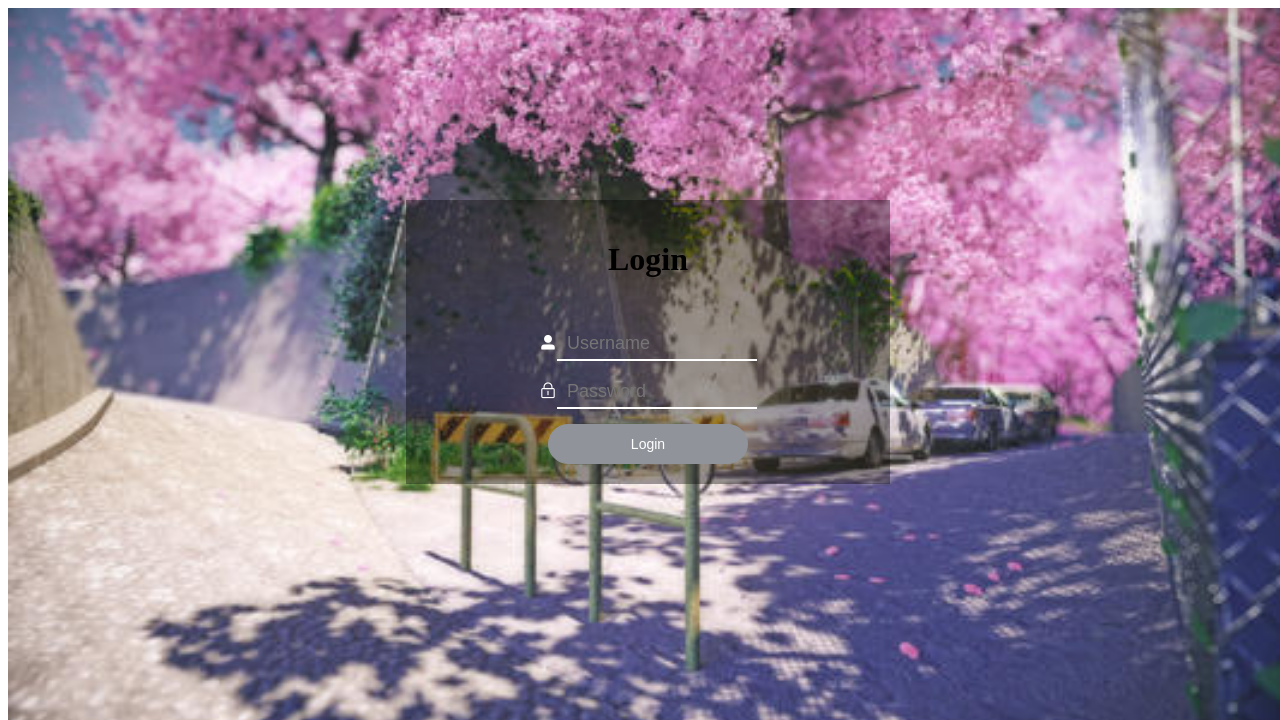
Repository: 951713487/net_shopping
Page: /
The author's editor kept a copy of each file at every save. The page is drawn from the files as they stood at one save, then again after the next save.
The browser window is 1280 px wide. The pictures show the whole page.
The project was rebuilt for these pictures with package versions that can differ from the ones it lists, and the page was loaded fresh each time.

Above is the page before, as saved 2020-03-17 17:44:03.

After the next save:
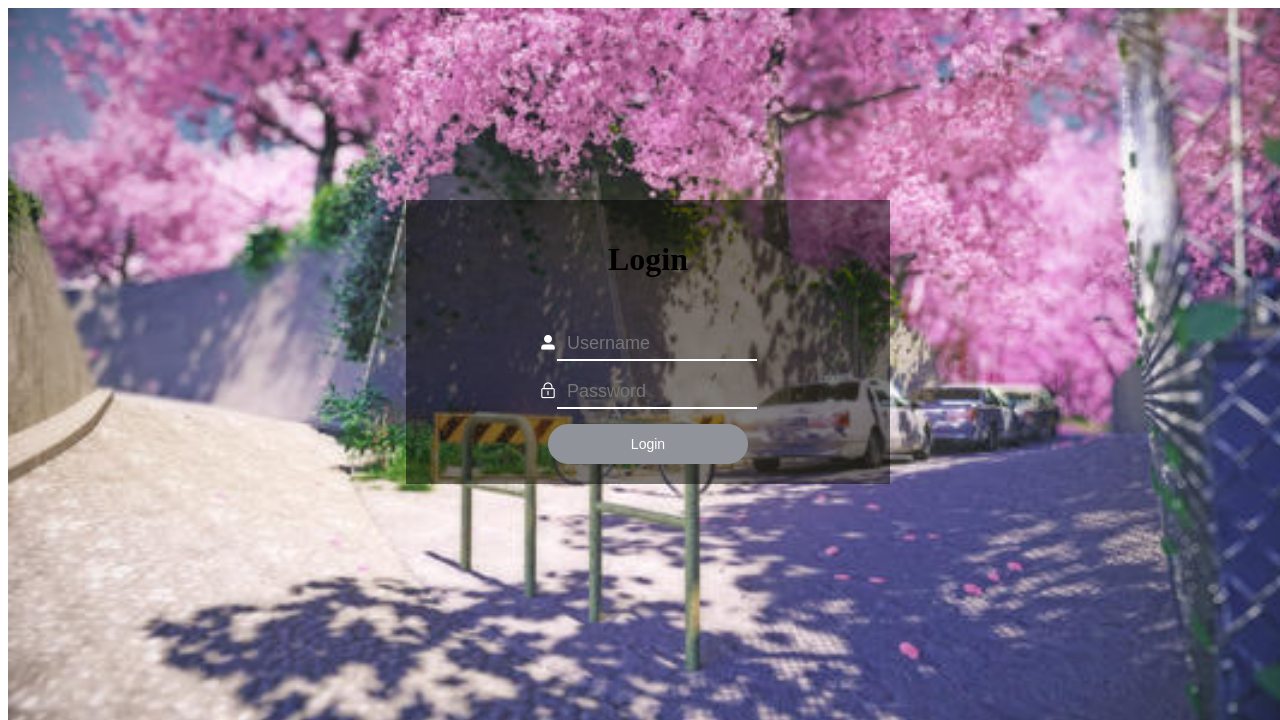
Saved 33 s later.
--- a/src/components/Login.vue
+++ b/src/components/Login.vue
@@ -33,7 +33,7 @@
   margin: 0 auto;
   margin-top: 15%;
   text-align: center;
-  background-color: #00000060;
+  background-color: #00000080;
   padding: 20px 50px;
 }
 

After the save that followed:
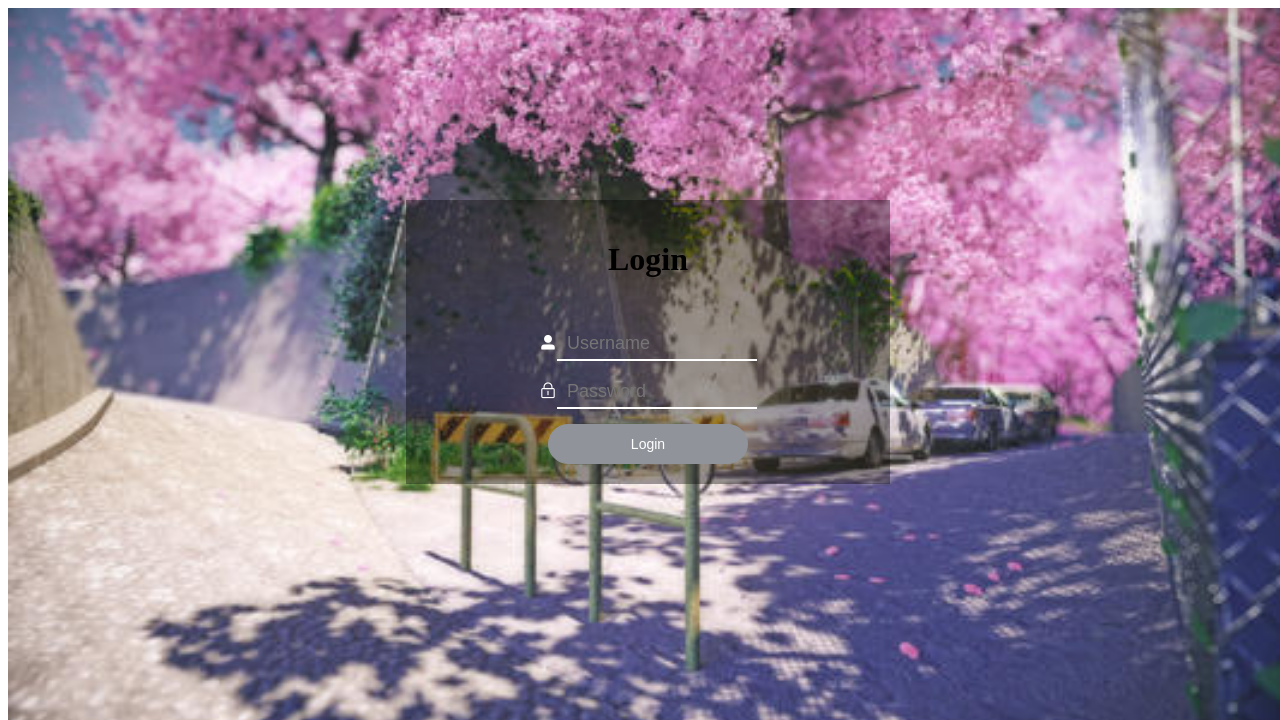
Saved 7 s later.
--- a/src/components/Login.vue
+++ b/src/components/Login.vue
@@ -33,7 +33,7 @@
   margin: 0 auto;
   margin-top: 15%;
   text-align: center;
-  background-color: #00000080;
+  background-color: #00000060;
   padding: 20px 50px;
 }
 
